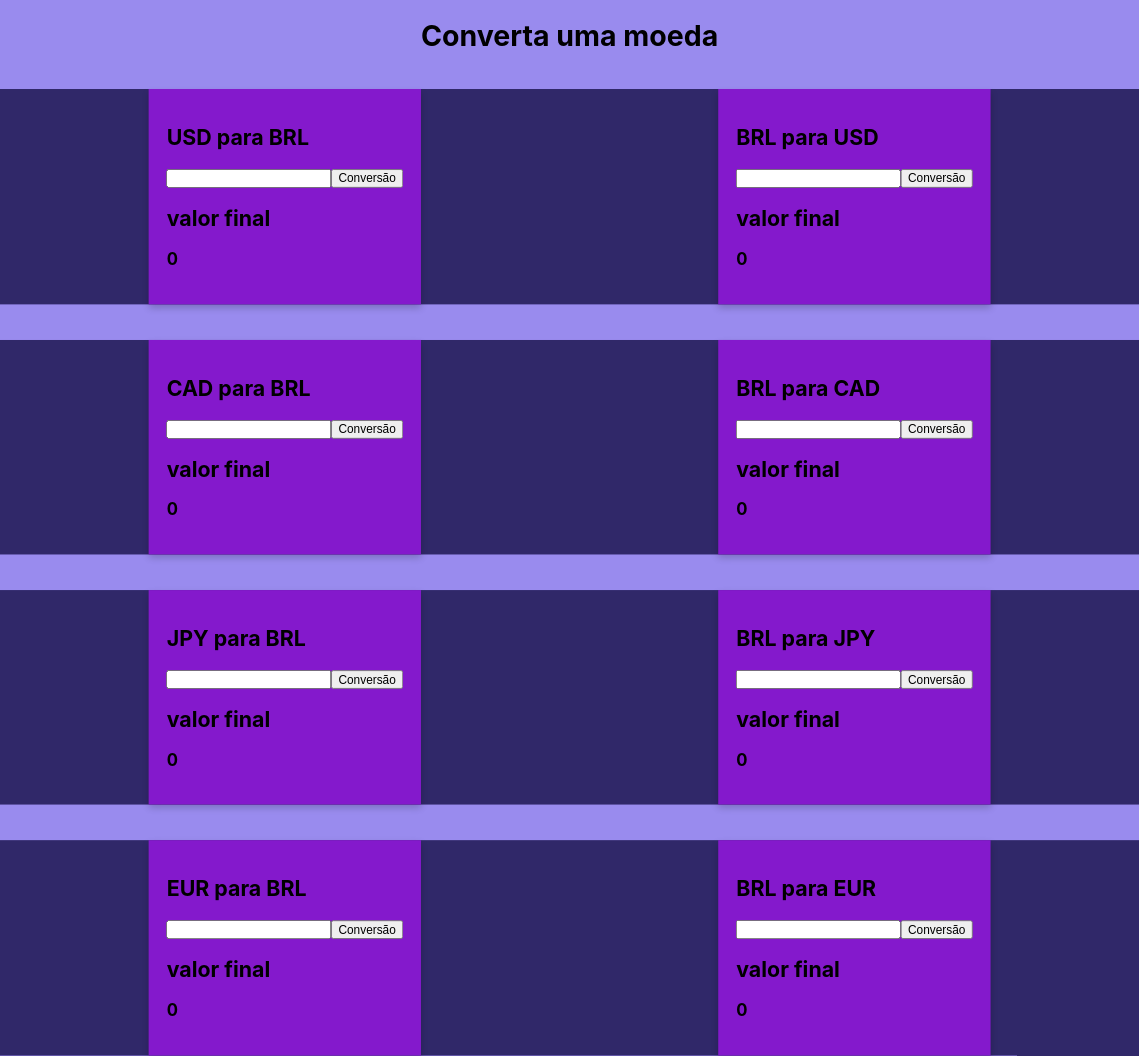
Repository: DeanLemosXD/Currency-converter
Page: /
The author's editor kept a copy of each file at every save. The page is drawn from the files as they stood at one save, then again after the next save.
The browser window is 1280 px wide. The pictures show the whole page, at 89% of full size.
The project was rebuilt for these pictures with package versions that can differ from the ones it lists, and the page was loaded fresh each time.

Above is the page before, as saved 2021-10-19 18:25:16.

### src/index.css
body {
  margin: 0;
  font-family: -apple-system, BlinkMacSystemFont, 'Segoe UI', 'Roboto', 'Oxygen',
    'Ubuntu', 'Cantarell', 'Fira Sans', 'Droid Sans', 'Helvetica Neue',
    sans-serif;
  -webkit-font-smoothing: antialiased;
  -moz-osx-font-smoothing: grayscale;
  background-color:rgb(153, 139, 238)
}

code {
  font-family: source-code-pro, Menlo, Monaco, Consolas, 'Courier New',
    monospace;
}

### src/App.js
import './App.css';
import Conversor from './components/Conversor';

function App() {
  return (
    <div className="App">
      <h1>Converta uma moeda</h1>
      <div className="linha">
      <Conversor moedaA="USD" moedaB="BRL"></Conversor>
      <Conversor moedaA="BRL" moedaB="USD"></Conversor>
      </div>
      <div className="linha">
      <Conversor moedaA="CAD" moedaB="BRL"></Conversor>
      <Conversor moedaA="BRL" moedaB="CAD"></Conversor>
      </div>
      <div className="linha">
      <Conversor moedaA="JPY" moedaB="BRL"></Conversor>
      <Conversor moedaA="BRL" moedaB="JPY"></Conversor>
      </div>
      <div className="linha">
      <Conversor moedaA="EUR" moedaB="BRL"></Conversor>
      <Conversor moedaA="BRL" moedaB="EUR"></Conversor>
      </div>
    </div>
  );
}

export default App;

### src/App.css
.linha{
    display:flex;
    margin-top:  40px;
    justify-content: space-around;
    background-color:rgb(48, 40, 105)

}

h1{

    text-align: center;

}

.app{
    margin: auto;
    max-width: 900px;

}

### src/components/Conversor.js
import React, { Component } from 'react'
import './conversor.css'
export default class Conversor extends Component {

    // eslint-disable-next-line no-useless-constructor
    constructor(props){
        super(props);

        this.state = {
            moedaA_Valor:"",
            moedaB_Valor:0,

        }

        this.converter = this.converter.bind(this)
    }

    converter(){

        let de_para = `${this.props.moedaA}_${this.props.moedaB}`;
        let url = `http://free.currconv.com/api/v7/convert?q=${de_para}&compact=ultra&apiKey=0d7e32903cad9cf7460c`
        //console.log(url)
        fetch(url).then(res=>{
            return res.json()
        })
        .then(json=>{

            let cotacao = json[de_para];
            let moedaB_Valor = (parseFloat(this.state.moedaA_Valor) * cotacao).toFixed(2)
            this.setState({moedaB_Valor})
        })
    }
    render(){
        return (
            <div className="conversor">
                <h2>{this.props.moedaA} para {this.props.moedaB}</h2>
                <input type="text" onChange={(event)=>{this.setState({moedaA_Valor:event.target.value})}}></input>
                <input type="button" value="Conversão" onClick={this.converter}></input>
                <h2>valor final</h2>
                <h3>{this.state.moedaB_Valor}</h3>
            </div>
        )
    }
}

### src/components/conversor.css
.conversor{
        padding: 20px;
        max-width: 300px;
        box-shadow: 0 4px 8px 0 rgba(0, 0, 0, 0.2);
        background-color: rgb(132, 25, 204);
}

Loaded but not shown: public/index.html (common file); src/index.js (common file); src/reportWebVitals.js (common file)

After the next save:
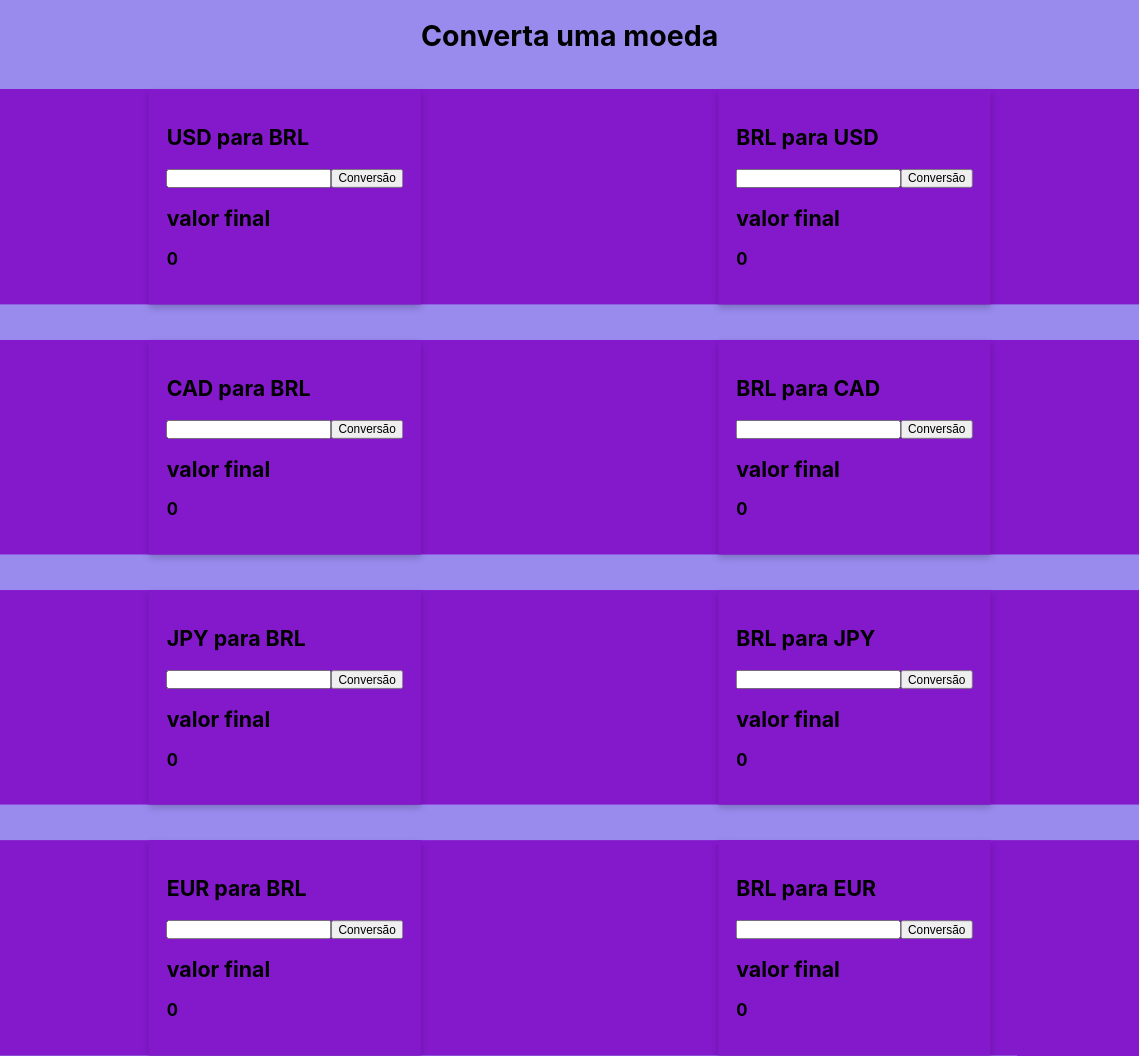
Saved 8 s later.
--- a/src/App.css
+++ b/src/App.css
@@ -2,7 +2,7 @@
     display:flex;
     margin-top:  40px;
     justify-content: space-around;
-    background-color:rgb(48, 40, 105)
+    background-color:rgb(132, 25, 204)
 
 }
 
